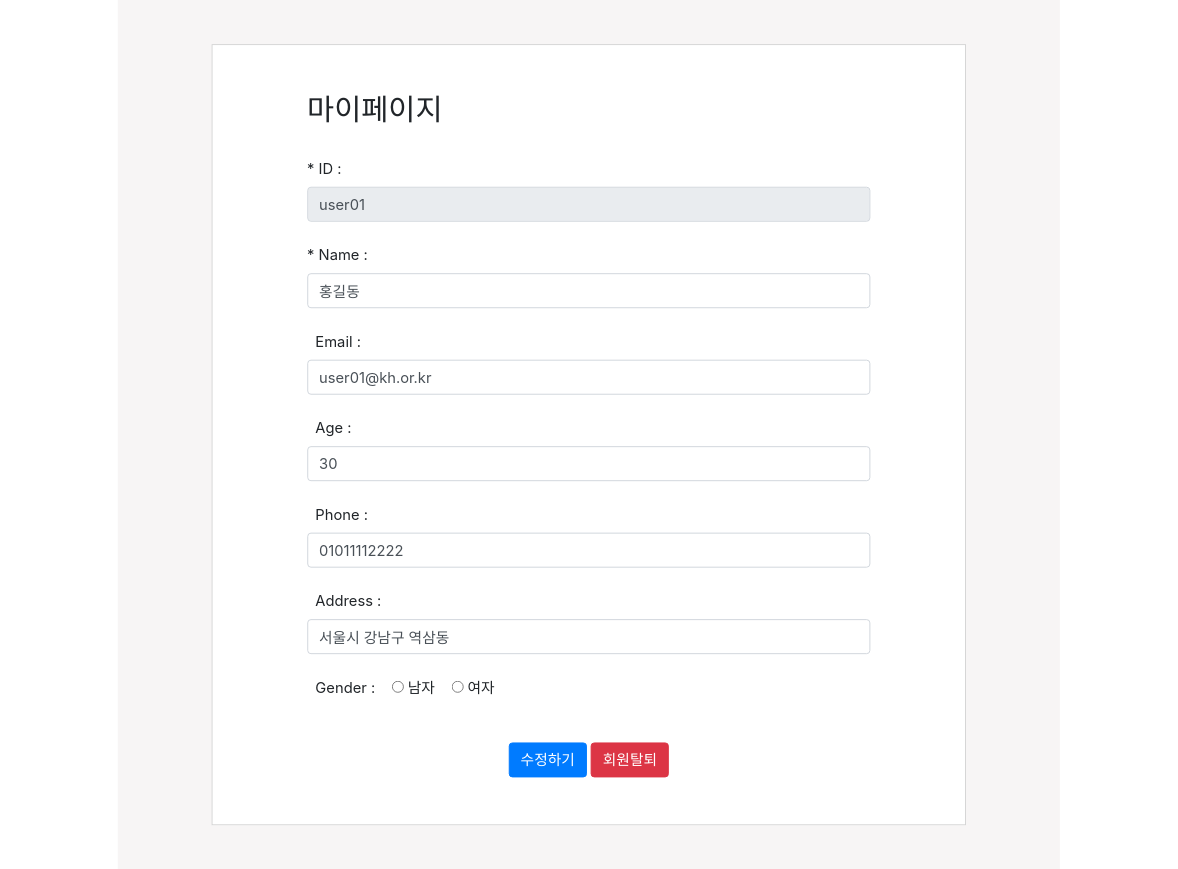
Repository: hwan9207/newframework
Page: http://localhost/springProject/WEB-INF/views/member/myPage.jsp
An editor plug-in stored every save of this project. The page is shown before and after the next save, followed by the edit.
The browser window is 1280 px wide. The pictures show the whole page, at 92% of full size.
Pictures or frames that could not be fetched are drawn as grey boxes. The page is served by Tomcat 9. Nobody is signed in. Other server files are loaded and not shown. The template is opened directly, without the code that normally fills it, so the values that code supplies are empty.

Above is the page before, as saved 2024-06-18 06:26:48.

### springProject/src/main/webapp/WEB-INF/views/member/myPage.jsp
<%@ page language="java" contentType="text/html; charset=UTF-8"
    pageEncoding="UTF-8"%>
<!DOCTYPE html>
<html lang="en">
<head>
    <meta charset="UTF-8">
    <title>Document</title>
    <script src="https://ajax.googleapis.com/ajax/libs/jquery/3.7.1/jquery.min.js"></script>
    <link rel="stylesheet" href="https://maxcdn.bootstrapcdn.com/bootstrap/4.5.2/css/bootstrap.min.css">
    <script src="https://maxcdn.bootstrapcdn.com/bootstrap/4.5.2/js/bootstrap.min.js"></script>

    <style>
        .content {
            background-color:rgb(247, 245, 245);
            width:80%;
            margin:auto;
        }
        .innerOuter {
            border:1px solid lightgray;
            width:80%;
            margin:auto;
            padding:5% 10%;
            background-color:white;
        }
    </style>
</head>
<body>

    <jsp:include page="" />

    <div class="content">
        <br><br>
        <div class="innerOuter">
            <h2>마이페이지</h2>
            <br>

            <form action="" method="post">
                <div class="form-group">
                    <label for="userId">* ID : </label>
                    <input type="text" class="form-control" id="userId" value="user01" name="" readonly> <br>

                    <label for="userName">* Name : </label>
                    <input type="text" class="form-control" id="userName" value="홍길동" name="" required> <br>

                    <label for="email"> &nbsp; Email : </label>
                    <input type="text" class="form-control" id="email" value="user01@kh.or.kr" name=""> <br>

                    <label for="age"> &nbsp; Age : </label>
                    <input type="number" class="form-control" id="age" value="30" name=""> <br>

                    <label for="phone"> &nbsp; Phone : </label>
                    <input type="tel" class="form-control" id="phone" value="01011112222" name=""> <br>

                    <label for="address"> &nbsp; Address : </label>
                    <input type="text" class="form-control" id="address" value="서울시 강남구 역삼동" name=""> <br>

                    <label for=""> &nbsp; Gender : </label> &nbsp;&nbsp;
                    <input type="radio" id="Male" value="M" name="">
                    <label for="Male">남자</label> &nbsp;&nbsp;
                    <input type="radio" id="Female" value="F" name="">
                    <label for="Female">여자</label> &nbsp;&nbsp;
                </div>
                <br>
                <div class="btns" align="center">
                    <button type="submit" class="btn btn-primary">수정하기</button>
                    <button type="button" class="btn btn-danger" data-toggle="modal" data-target="#deleteForm">회원탈퇴</button>
                </div>
            </form>
        </div>
        <br><br>

    </div>

    <!-- 회원탈퇴 버튼 클릭 시 보여질 Modal -->
    <div class="modal fade" id="deleteForm">
        <div class="modal-dialog modal-sm">
            <div class="modal-content">

                <!-- Modal Header -->
                <div class="modal-header">
                    <h4 class="modal-title">회원탈퇴</h4>
                    <button type="button" class="close" data-dismiss="modal">&times;</button>
                </div>

                <form action="" method="post">
                    <!-- Modal body -->
                    <div class="modal-body">
                        <div align="center">
                            탈퇴 후 복구가 불가능합니다. <br>
                            정말로 탈퇴 하시겠습니까? <br>
                        </div>
                        <br>
                            <label for="userPwd" class="mr-sm-2">Password : </label>
                            <input type="text" class="form-control mb-2 mr-sm-2" placeholder="Enter Password" id="userPwd" name=""> <br>
                    </div>
                    <!-- Modal footer -->
                    <div class="modal-footer" align="center">
                        <button type="submit" class="btn btn-danger">탈퇴하기</button>
                    </div>
                </form>
            </div>
        </div>
    </div>

    <jsp:include page="" />

</body>
</html>

### springProject/src/main/webapp/WEB-INF/views/common/menubar.jsp
<%@ page language="java" contentType="text/html; charset=UTF-8"
    pageEncoding="UTF-8"%>
<%@ taglib prefix="c" uri="http://java.sun.com/jsp/jstl/core"  %>

<c:set var="path2" value="${pageContext.request.contextPath }" />
<!DOCTYPE html>
<html lang="ko">
<head>
    <meta charset="UTF-8">
    <title>Document</title>
    <script src="https://ajax.googleapis.com/ajax/libs/jquery/3.7.1/jquery.min.js"></script>
    <link rel="stylesheet" href="https://maxcdn.bootstrapcdn.com/bootstrap/4.5.2/css/bootstrap.min.css">
    <script src="https://maxcdn.bootstrapcdn.com/bootstrap/4.5.2/js/bootstrap.min.js"></script>
    <style>
        div {box-sizing:border-box;}
        #header {
            width:80%;
            height:100px;
            padding-top:20px;
            margin:auto;
        }
        #header>div {width:100%; margin-bottom:10px;}
        #header_1 {height:80%;}
        #header_2 {height:60%;}

        #header_1>div{
            height:100%;
            float:left;
        }
        #header_1_left {width:30%; position:relative;}
        #header_1_center {width:40%;}
        #header_1_right {width:30%;}

        #header_1_left>img {height:100%; position:absolute; margin:auto; top:0px; bottom:0px; right:0px; left:0px;}
        #header_1_right {text-align:center; line-height:35px; font-size:12px; text-indent:35px;}
        #header_1_right>a {margin:5px;}
        #header_1_right>a:hover {cursor:pointer;}

        #header_2>ul {width:100%; height:100%; list-style-type:none; margin:auto; padding:0;}
        #header_2>ul>li {float:left; width:25%; height:100%; line-height:55px; text-align:center;}
        #header_2>ul>li a {text-decoration:none; color:black; font-size:18px; font-weight:900;}

        #header_2 {border-top:1px solid lightgray;}

        #header a {text-decoration:none; color:black;}

        .content {
            background-color:rgb(247, 245, 245);
            width:80%;
            margin:auto;
        }
        .innerOuter {
            border:1px solid lightgray;
            width:80%;
            margin:auto;
            padding:5% 10%;
            background-color:white;
        }

    </style>
</head>
<body>

    <div id="header">
        <div id="header_1">
            <div id="header_1_left">
                <img src="https://kh-academy.co.kr/resources/images/main/logo.svg" alt="">
            </div>
            <div id="header_1_center"></div>
            <div id="header_1_right">
                <!-- 로그인 전 -->
                <c:choose>
                	<c:when test="${ sessionScope.loginUser eq null}">
		                <a href="member/enroll.do">회원가입</a>
		                <a data-toggle="modal" data-target="#loginModal">로그인</a> <!-- 모달의 원리 : 이 버튼 클릭시 data-targer에 제시되어있는 해당 아이디의 div요소를 띄워줌 -->
                	</c:when>
                	<c:otherwise>
                <!-- 로그인 후 -->
	                    <lable>${ sessionScope.loginUser.userName }님 환영합니다.</label> &nbsp;&nbsp;
	                    <a href="">마이페이지</a>
	                    <a href="">로그아웃</a>
                    </c:otherwise>
                </c:choose>
            </div>
        </div>
        <div id="header_2">
            <ul>
                <li><a href="">HOME</a></li>
                <li><a href="">공지사항</a></li>
                <li><a href="">자유게시판</a></li>
                <li><a href="">사진게시판</a></li>
            </ul>
        </div>
    </div>

    <!-- 로그인 클릭 시 뜨는 모달 (기존에는 안보이다가 위의 a 클릭 시 보임) -->
    <div class="modal fade" id="loginModal">
        <div class="modal-dialog modal-sm">
            <div class="modal-content">
                <!-- Modal Header -->
                <div class="modal-header">
                    <h4 class="modal-title">Login</h4>
                    <button type="button" class="close" data-dismiss="modal">&times;</button>
                </div>

                <form action="login.do" method="post">
                    <!-- Modal body -->
                    <div class="modal-body">
                        <label for="userId" class="mr-sm-2">ID : </label>
                        <input type="text" class="form-control mb-2 mr-sm-2" placeholder="Enter ID" id="userId" name="userId"> <br>
                        <label for="userPwd" class="mr-sm-2">Password : </label>
                        <input type="password" class="form-control mb-2 mr-sm-2" placeholder="Enter Password" id="userPwd" name="userPwd">
                    </div>

                    <!-- Modal footer -->
                    <div class="modal-footer">
                        <button type="submit" class="btn btn-success">로그인</button>
                        <button type="button" class="btn btn-danger" data-dismiss="modal">취소</button>
                    </div>
                </form>
            </div>
        </div>

    </div>

    <br clear="both">
</body>
</html>

After the next save:
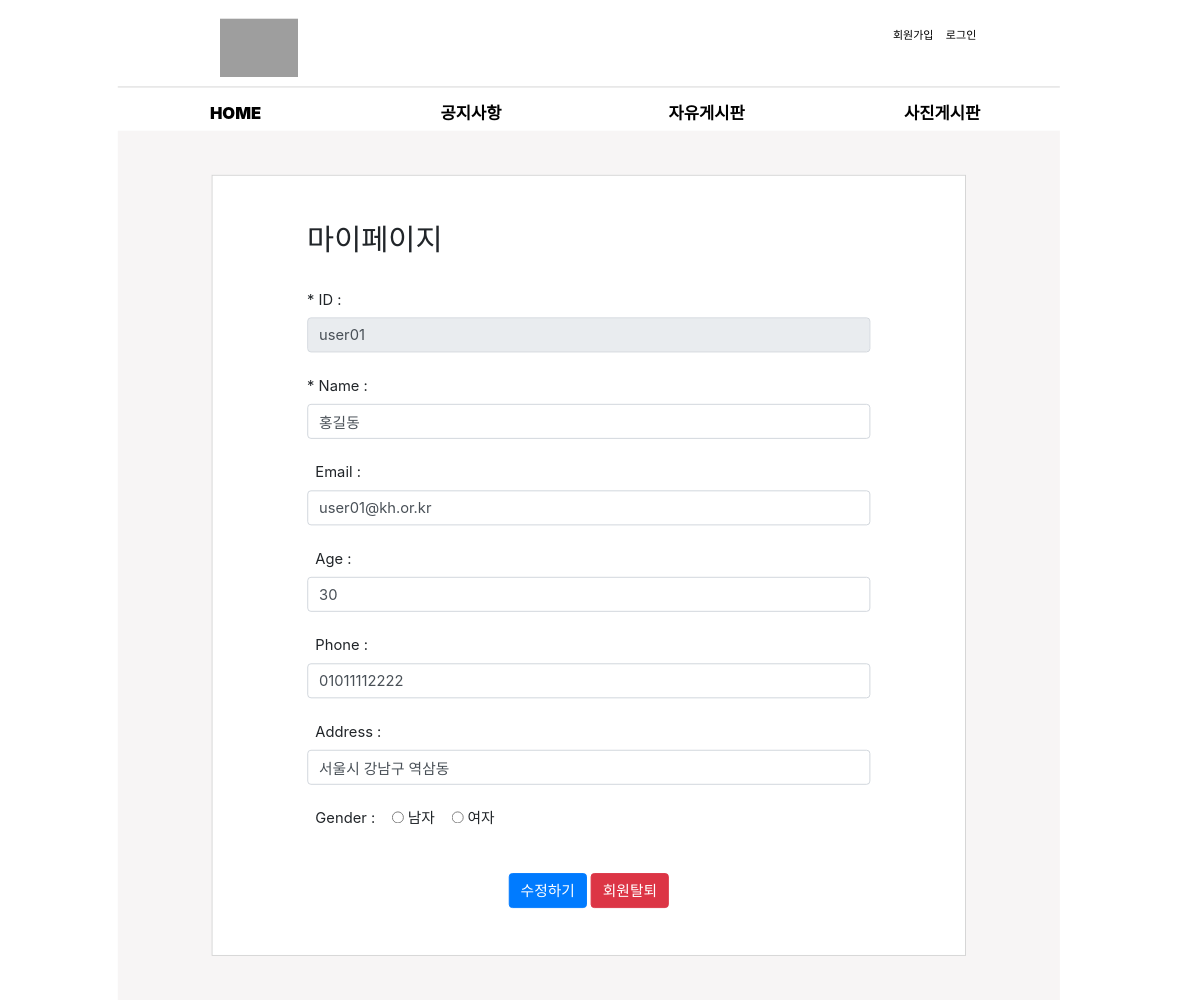
Saved 23 s later.
--- a/springProject/src/main/webapp/WEB-INF/views/member/myPage.jsp
+++ b/springProject/src/main/webapp/WEB-INF/views/member/myPage.jsp
@@ -26,7 +26,7 @@
 </head>
 <body>
 
-    <jsp:include page="" />
+    <jsp:include page="../common/menubar.jsp" />
 
     <div class="content">
         <br><br>
